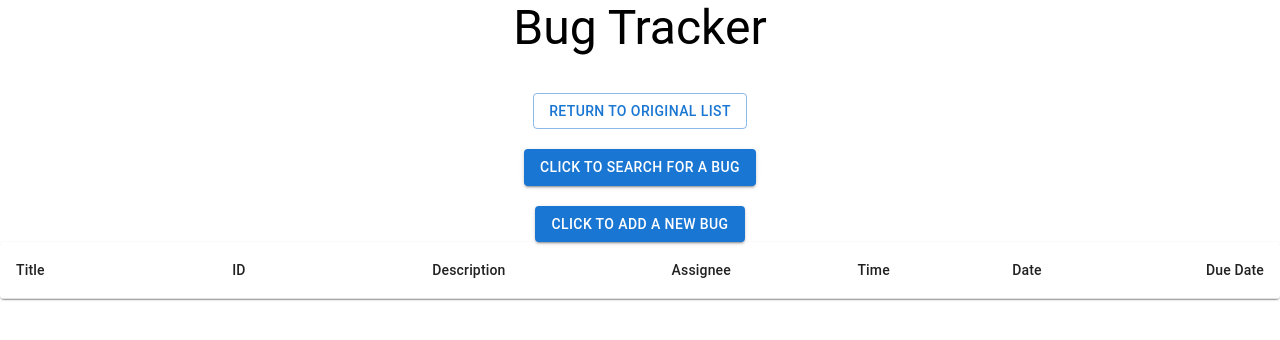
Repository: nj10deadend/RESTAPI-node-with-mongoDB
Page: /bug-table (app in client/frontend/)
These files come from the project's save history. The page is drawn as it stood at one moment and after the next save; the edit follows.
The browser window is 1280 px wide. The pictures show the whole page.
The page's requests for data from a server got no answer. The project was rebuilt for these pictures with package versions that can differ from the ones it lists, and the page was loaded fresh each time. No one was signed in, and anything a server would have sent is missing. Also part of the build but not shown: client/frontend/src/components/BugTableCell.js, client/frontend/src/components/Signup.js.

Above is the page before, as saved 2022-01-01 14:19:41.

After the next save:
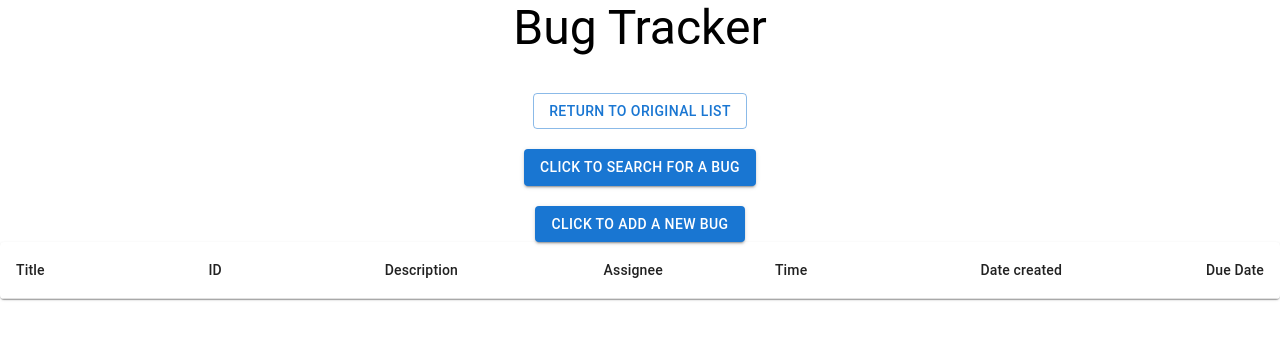
Saved 7 min 17 s later.
--- a/client/frontend/src/components/BugTable.js
+++ b/client/frontend/src/components/BugTable.js
@@ -148,7 +148,7 @@ function BugTable ({userFormData}) {
                             <TableCell align="right">Description</TableCell>
                             <TableCell align="right">Assignee</TableCell>
                             <TableCell align="right">Time</TableCell>
-                            <TableCell align="right">Date</TableCell>
+                            <TableCell align="right">Date created</TableCell>
                             <TableCell align="right">Due Date</TableCell>
                         </TableRow>
                     </TableHead>
